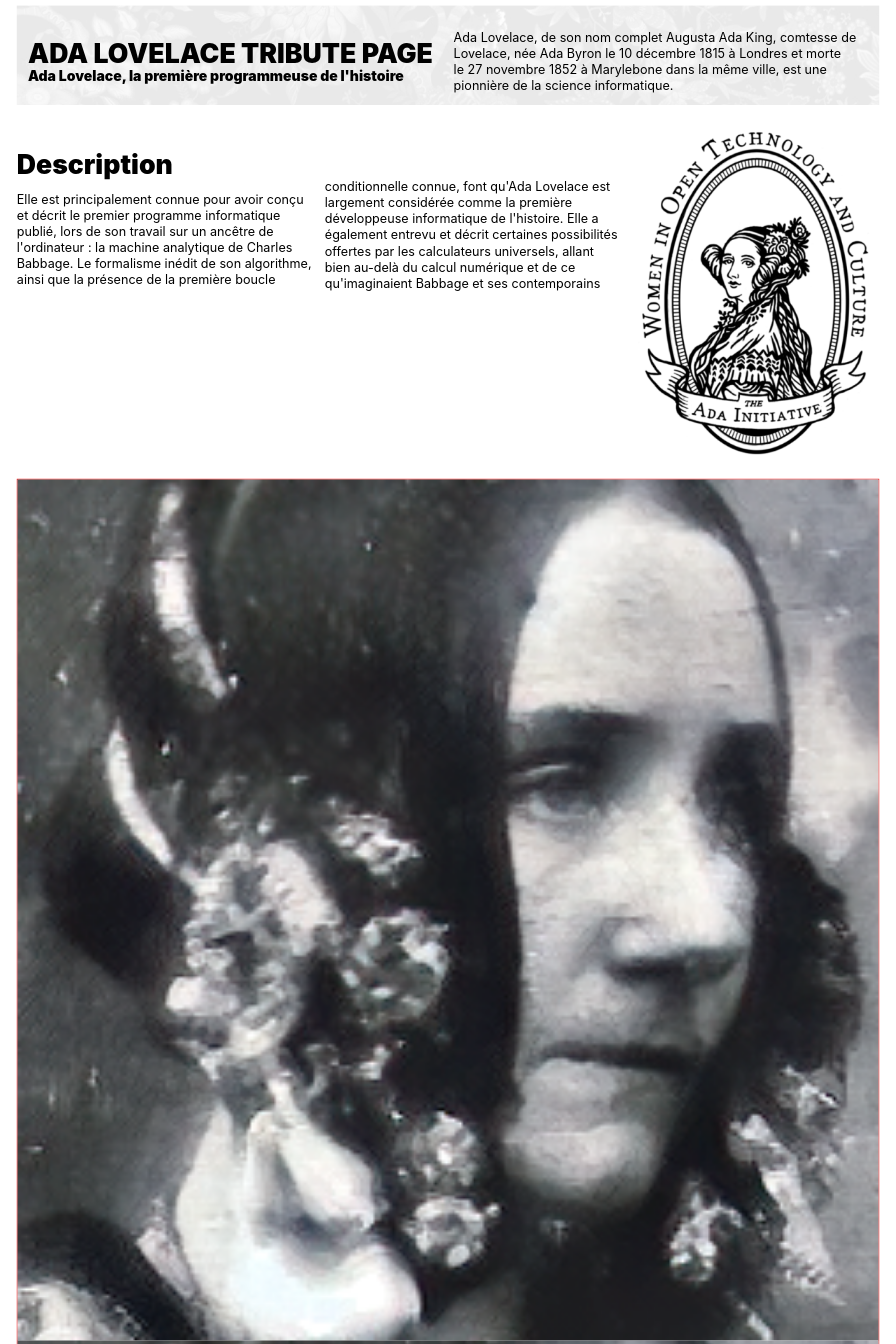
Repository: b3no1t/integration-training
Page: onepage-adalovelace/src/index.html
The author's editor kept a copy of each file at every save. The page is drawn from the files as they stood at one save, then again after the next save.
The browser window is 1280 px wide. The pictures show the part of the page from y = 0 to 1920 px (the page is 5748 px tall), at 70% of full size.

Above is the page before, as saved 2025-01-30 09:29:07.

### onepage-adalovelace/src/index.html
<!DOCTYPE html>
<html lang="en">
<head>
 <meta charset="UTF-8">
 <meta name="viewport" content="width=device-width, initial-scale=1.0">
 <link rel="preconnect" href="https://fonts.googleapis.com">
<link rel="preconnect" href="https://fonts.gstatic.com" crossorigin>
<link href="https://fonts.googleapis.com/css2?family=Open+Sans:ital,wght@0,300..800;1,300..800&display=swap" rel="stylesheet">
<link rel="stylesheet" href="./assets/css/style.css">
 <title>ADA LOVELACE</title>
</head>
<body>

<div class="wrapper">


<header>
 <div class="intro">

 <div>
  <h2>
   ADA LOVELACE TRIBUTE PAGE
   <span>
    Ada Lovelace, la première programmeuse de l'histoire
   </span>
  </h2>
 </div>

 <div>
  <p>
   Ada Lovelace, de son nom complet Augusta Ada King, comtesse de Lovelace, née Ada Byron le 10 décembre 1815 à Londres et morte le 27 novembre 1852 à Marylebone dans la même ville, est une pionnière de la science informatique.
  </p>
 </div>

 </div>
</header>

<main>
 <section class="description">
   <div class="description-content">
    <h2>Description</h2>
    <p>
      Elle est principalement connue pour avoir conçu et décrit le premier programme informatique publié, lors de son travail sur un ancêtre de l'ordinateur : la machine analytique de Charles Babbage. Le formalisme inédit de son algorithme, ainsi que la présence de la première boucle conditionnelle connue,
      font qu'Ada Lovelace est largement considérée comme la première développeuse informatique de l'histoire. Elle a également entrevu et décrit certaines possibilités offertes par les calculateurs universels, allant bien au-delà du calcul numérique et de ce qu'imaginaient Babbage et ses contemporains
    </p>
  </div>
  <img src="./assets/img/ada-illu.png">
 </section>

 <section class="gallery">
  <!-- 4 imageshorizontale -->
  <img src="./assets/img/ada-photo.png" alt="photostration d'Ada Lovealace">
  <img src="./assets/img/ada-photo.png" alt="photostration d'Ada Lovealace">
  <img src="./assets/img/ada-photo.png" alt="photostration d'Ada Lovealace">
  <img src="./assets/img/ada-photo.png" alt="photostration d'Ada Lovealace">
 </section>
 <section>
  <!-- une image pleine largeur en fond avec du texte par dessus -->
 </section>

 <section>
  <h2></h2>
  <p></p>
 </section>
 <section>
  <h2></h2>
  <p></p>
 </section>
</main>
<footer>
 <img src="" alt="">
</footer>

</body>
</html>

### onepage-adalovelace/src/assets/css/style.css
/*
* ADA Lovelace Style one page tribute
*/

 @import url(_reset.css);
 @import url(_main.css);
 @import url(_section.css);

### onepage-adalovelace/src/assets/css/_main.css
/*
* ADA Style
*/
* {
  font-family: -apple-system,"Open Sans",  BlinkMacSystemFont,
    Roboto, Oxygen, Ubuntu, Cantarell,"Helvetica Neue", sans-serif;
}

.wrapper{
  width: 100%;
  max-width: 1300px;
  margin: 0 auto;
  padding-inline: 1em;
}

main > * + * {
  margin-top: 2em;
  border: 1px solid red;
}

.main-grid{
  width: 100%;
  display: grid;
  grid-template-columns: .5rem 1f .5rem;
  gap: 1em;
  @media (min-width: 640px) {
    max-width: 1300px;
    grid-template-columns: 1.5rem 1f 1.5rem;
  }
}

/* layout*/
.full-width {
  width: 100%;

  margin: 0;
  background-image: url(../../assets/img/ada-illu2.png);
  background-size: cover;
  display: flex;
  justify-content: flex-end;




/*content*/

.content {
  font-size: 26px;
  line-height: 42px;
  font-weight: 600;
}
h1 {
  font-size: 4rem;
  font-weight: 900;

h2 {
  font-size: 2rem;
  line-height: 23px;
}
p {
  font-size: 1.2rem;
}
/* SECTION DESCRIPTION */
.description{
  @media screen and (min-width: 640px) {
  margin-top: 2em;
  }
 & p{
  columns:320px 2;
  column-gap: 2rem;
  font-size: 1rem;
 }
}

.container-description{
 display: flex;
 justify-content: space-between;

 & p{
  flex-basis: 66%;
 }
 & img{}
}

### onepage-adalovelace/src/assets/css/_section.css
/*
* ADA Style: section
*/

section {
}

.intro {
  background-image: url(../img/bg-header.png);
  background-size: cover;
  display: flex;
  justify-content: space-between;
  gap: 1rem;
  padding: 1em;
  flex-direction: column;
  @media (min-width: 640px) {
    flex-direction: row;
  }

  & div {
    width: 100%;
    @media (min-width: 640px) {
      width: 50%;
    }
  }
  & p {
    font-size: 18px;
    line-height: 23px;
  }
  & h2 {
    font-size: 38px;
    display: block;
    font-weight: 900;
  }
  & span {
    display: block;
    font-size: 20px;
  }
}
/*
* DESCRIPTION  ----------------------
*/
.description {
  display: flex;
  flex-direction: column;
  justify-content: space-between;
  gap: 1em;

  @media (min-width: 640px) {
    flex-direction: row;
  margin-top: 2em;

  }
  & img {
    width: 50%;
    margin-inline: auto;
    @media (min-width: 640px) {
      width: 100%;
    }
  }
}

.description-content {
  columns: 300px 1;
  column-gap: 0.5em;
  & h2 {
    column-span: all;
    font-size: 38px;
    display: block;
    font-weight: 900;
  }
  & p {
    font-size: 18px;
    line-height: 23px;
  }
  @media (min-width: 640px) {
    columns: 300px 2;
    column-gap: 1em;
  }
}

.gallery {
  display: flex;
  flex-direction: column;
  flex-basis: 100%;
  flex: 1;
  & img {
    width: 50%;
    aspect-ratio: 1/1;
    object-fit: cover;
    @media (min-width: 640px) {
      width: 100%;
    }
  }
}

Loaded but not shown: onepage-adalovelace/src/assets/css/_reset.css (common file)

After the next save:
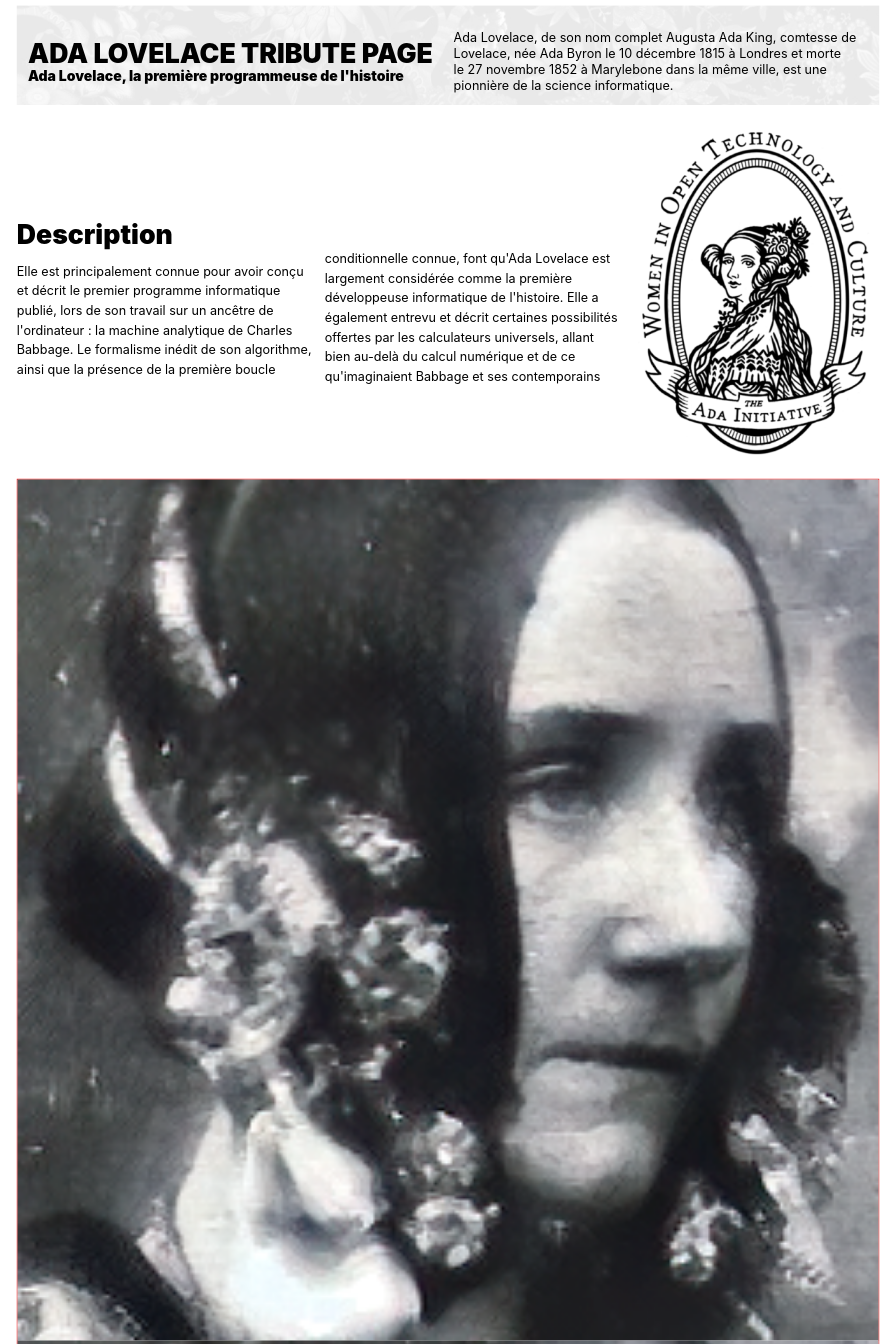
Saved 17 min 4 s later.
--- a/onepage-adalovelace/src/assets/css/_section.css
+++ b/onepage-adalovelace/src/assets/css/_section.css
@@ -44,12 +44,12 @@
   display: flex;
   flex-direction: column;
   justify-content: space-between;
+  align-items: center;
   gap: 1em;
 
   @media (min-width: 640px) {
     flex-direction: row;
-  margin-top: 2em;
-
+    margin-top: 2em;
   }
   & img {
     width: 50%;
@@ -71,7 +71,7 @@
   }
   & p {
     font-size: 18px;
-    line-height: 23px;
+    line-height: 28px;
   }
   @media (min-width: 640px) {
     columns: 300px 2;
